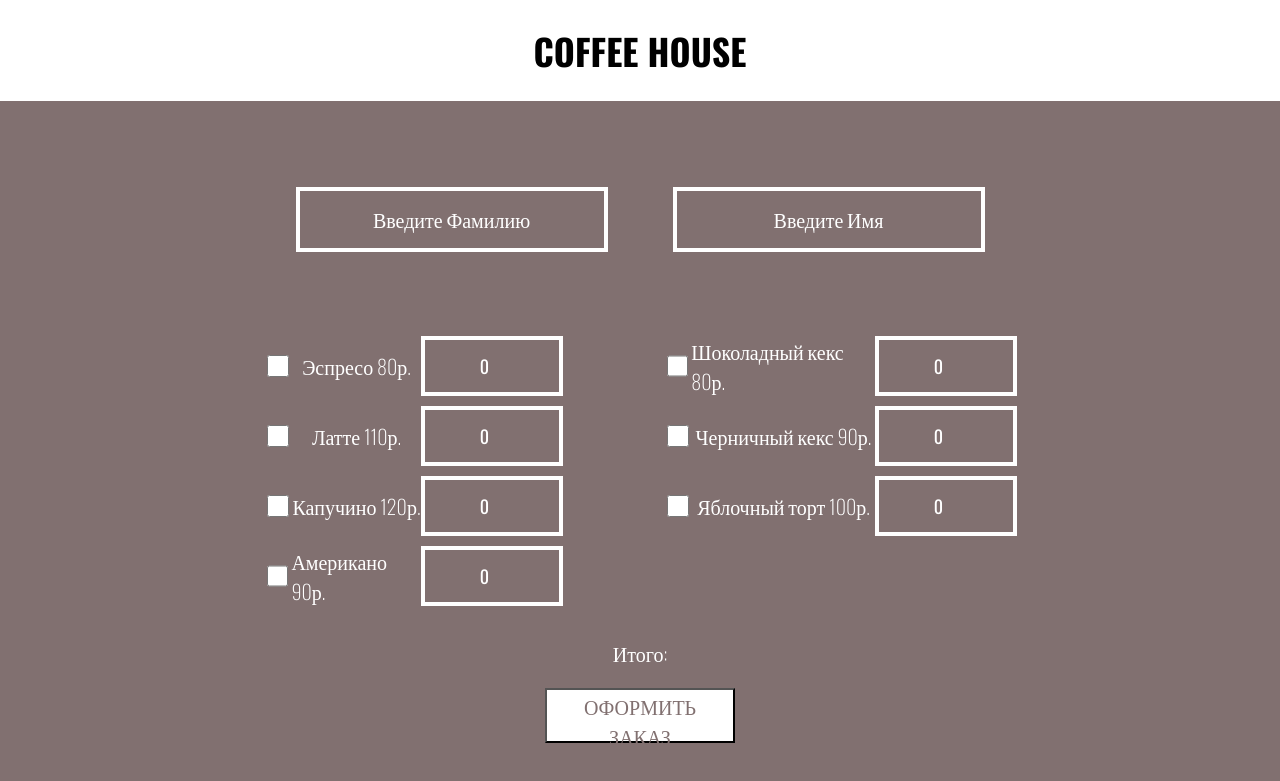
Repository: Valera1994/WebTestProject
Page: New2/index.html
The author's editor kept a copy of each file at every save. The page is drawn from the files as they stood at one save, then again after the next save.
The browser window is 1280 px wide. The pictures show the whole page.

Above is the page before, as saved 2025-07-21 00:02:47.

After the next save:
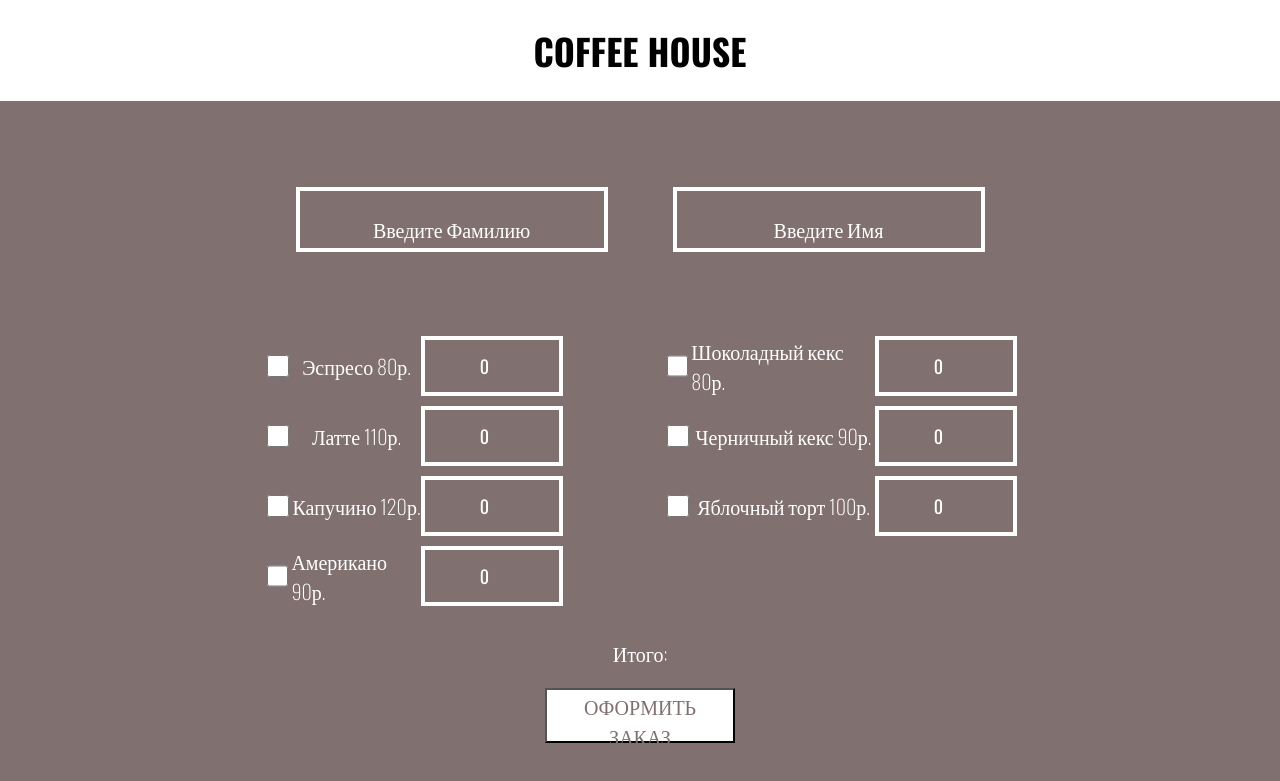
Saved 24 s later.
--- a/New2/style.css
+++ b/New2/style.css
@@ -46,7 +46,7 @@ body{
     height: 55px;
     border: 4px solid white;
     font-family: 'Oswald';
-    font-size: 18px;
+    font-size: 40px;
     color: white;
 }
 
